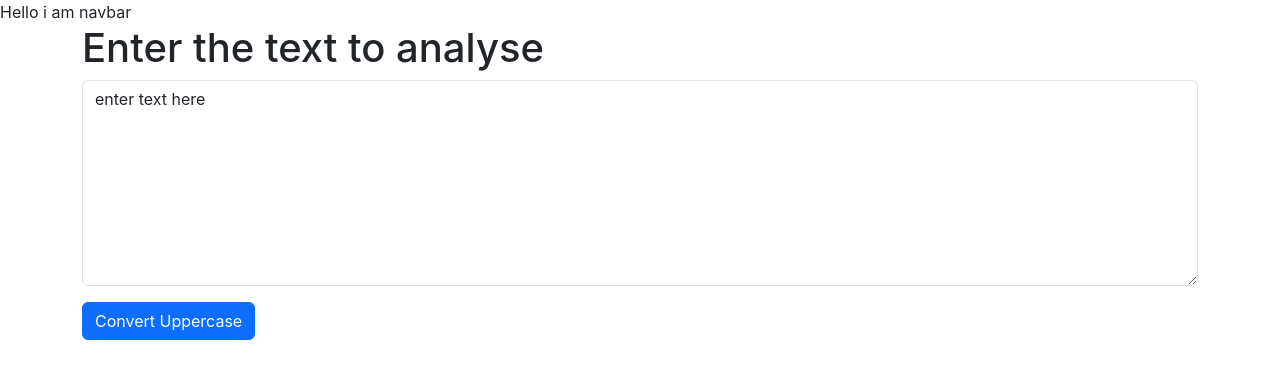
Repository: Aastha1035/React.navbar
Page: /
An editor plug-in stored every save of this project. The page is shown before and after the next save, followed by the edit.
The browser window is 1280 px wide. The pictures show the whole page.
The project was rebuilt for these pictures with package versions that can differ from the ones it lists, and the page was loaded fresh each time. Also part of the build but not shown: src/App.css.

Above is the page before, as saved 2024-07-17 12:11:15.

### public/index.html
<!DOCTYPE html>
<html lang="en">
  <head>
    <meta charset="utf-8" />
    <link rel="icon" href="%PUBLIC_URL%/favicon.ico" />
    <meta name="viewport" content="width=device-width, initial-scale=1" />
    <meta name="theme-color" content="#000000" />
    <meta
      name="description"
      content="Web site created using create-react-app"
    />
    <link rel="apple-touch-icon" href="%PUBLIC_URL%/logo192.png" />
    <!--
      manifest.json provides metadata used when your web app is installed on a
      user's mobile device or desktop. See https://developers.google.com/web/fundamentals/web-app-manifest/
    -->
    <link rel="manifest" href="%PUBLIC_URL%/manifest.json" />
    <!--
      Notice the use of %PUBLIC_URL% in the tags above.
      It will be replaced with the URL of the `public` folder during the build.
      Only files inside the `public` folder can be referenced from the HTML.

      Unlike "/favicon.ico" or "favicon.ico", "%PUBLIC_URL%/favicon.ico" will
      work correctly both with client-side routing and a non-root public URL.
      Learn how to configure a non-root public URL by running `npm run build`.
    -->
    <link href="https://cdn.jsdelivr.net/npm/bootstrap@5.3.3/dist/css/bootstrap.min.css" rel="stylesheet" integrity="sha384-QWTKZyjpPEjISv5WaRU9OFeRpok6YctnYmDr5pNlyT2bRjXh0JMhjY6hW+ALEwIH" crossorigin="anonymous">
    <title>React App</title>
  </head>
  <body>
    <noscript>You need to enable JavaScript to run this app.</noscript>
    <div id="root"></div>
    <!--
      This HTML file is a template.
      If you open it directly in the browser, you will see an empty page.

      You can add webfonts, meta tags, or analytics to this file.
      The build step will place the bundled scripts into the <body> tag.

      To begin the development, run `npm start` or `yarn start`.
      To create a production bundle, use `npm run build` or `yarn build`.
    -->
    <script src="https://cdn.jsdelivr.net/npm/bootstrap@5.3.3/dist/js/bootstrap.bundle.min.js"
    integrity="sha384-YvpcrYf0tY3lHB60NNkmXc5s9fDVZLESaAA55NDzOxhy9GkcIdslK1eN7N6jIeHz"
    crossorigin="anonymous"></script>
  </body>
</html>

### src/App.js

import './App.css';
import Navbar from './components/Navbar';
import Textform from './components/Textform';

function App() {
  return (
    <>
   < Navbar title="TextUtils"/>
   <div className="container">
   <Textform heading="Enter the text to analyse"/>
   </div>

  </>
  );
}

export default App;

### src/components/Navbar.js
import React from 'react'

export default function Navbar() {
  return (
    <div>
      Hello i am navbar
    </div>
  )
}

### src/components/Textform.js
import React,{ useState } from "react";



export default function Textform(props) {
    const handleUpclick = ()=>{
        console.log("uppercase was clicked" + text);
        let newText = text.toUpperCase();
        setText(newText)
    }
    const handleOnchange= (event)=>{
        console.log("handle onchange");
        setText(event.target.value)
    }
    const [text, setText] = useState("enter text here");
  return (
    <div>
        <h1>{props.heading}</h1>
      <div className="mb-3">
      <textarea className="form-control" value={text} onChange={handleOnchange} id="mybox" rows="8"></textarea>
     </div>
     <button className="btn btn-primary" onclick={handleUpclick}>Convert  Uppercase</button>
</div>
  )
}

Loaded but not shown: src/index.js (common file); src/index.css (common file); src/reportWebVitals.js (common file)

After the next save:
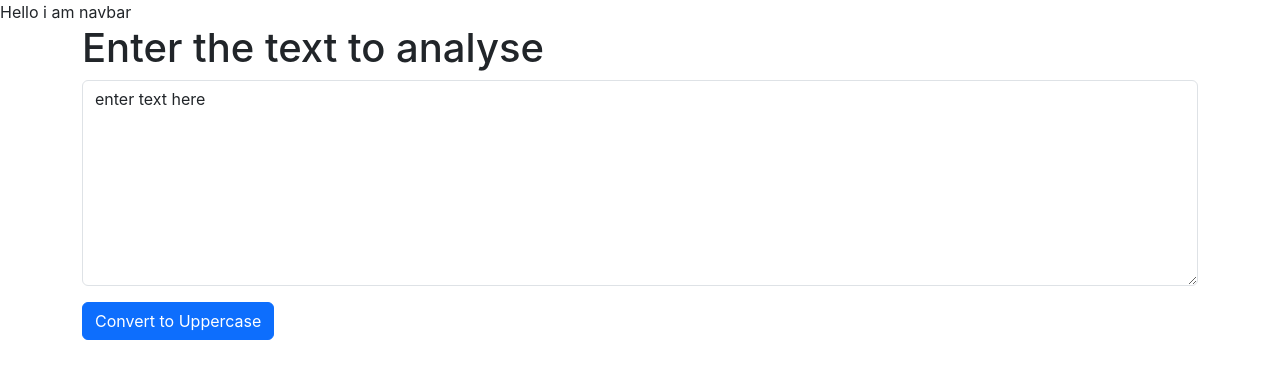
Saved 107 s later.
--- a/src/components/Textform.js
+++ b/src/components/Textform.js
@@ -4,12 +4,12 @@
 
 export default function Textform(props) {
     const handleUpclick = ()=>{
-        console.log("uppercase was clicked" + text);
+        //console.log("uppercase was clicked" + text);
         let newText = text.toUpperCase();
         setText(newText)
     }
     const handleOnchange= (event)=>{
-        console.log("handle onchange");
+        //console.log("handle onchange");
         setText(event.target.value)
     }
     const [text, setText] = useState("enter text here");
@@ -19,7 +19,7 @@
       <div className="mb-3">
       <textarea className="form-control" value={text} onChange={handleOnchange} id="mybox" rows="8"></textarea>
      </div>
-     <button className="btn btn-primary" onclick={handleUpclick}>Convert  Uppercase</button>
+     <button className="btn btn-primary" onclick={handleUpclick}>Convert to  Uppercase</button>
 </div>
   )
 }
